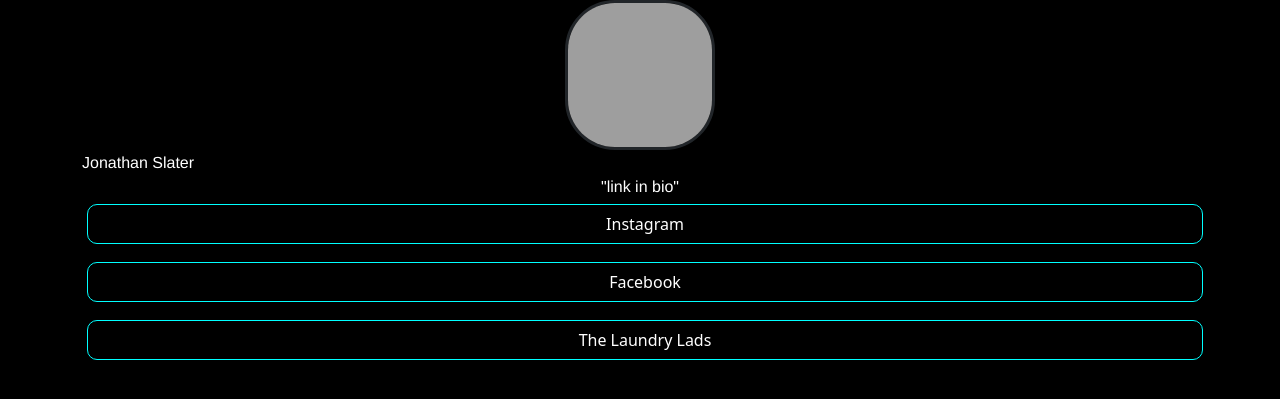
Repository: jontslater/LAB-link-in-bio
Page: index.html
The author's editor kept a copy of each file at every save. The page is drawn from the files as they stood at one save, then again after the next save.
The browser window is 1280 px wide. The pictures show the whole page.
Pictures or frames that could not be fetched are drawn as grey boxes.

Above is the page before, as saved 2023-10-15 14:51:35.

After the next save:
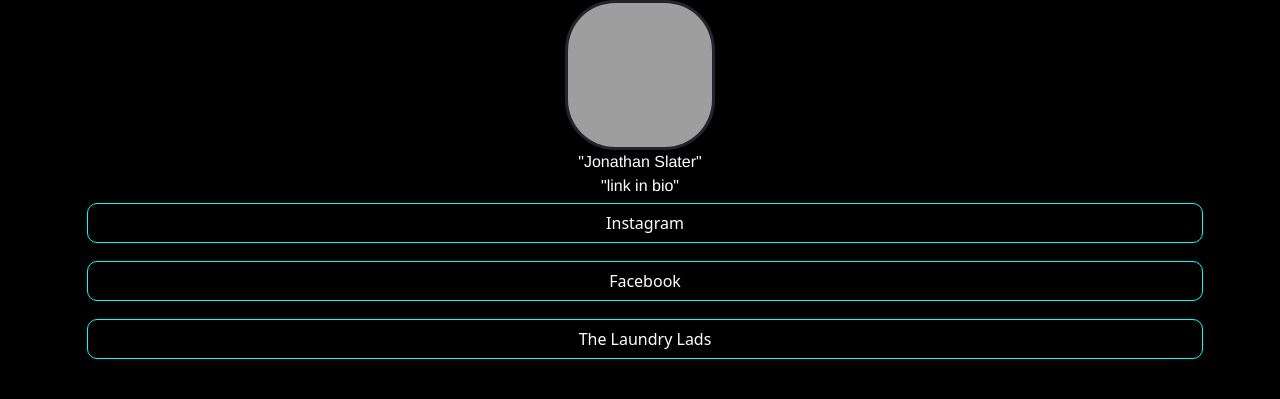
Saved 28 s later.
--- a/index.html
+++ b/index.html
@@ -20,7 +20,7 @@
   height="150";
   alt="alternatetext" class="photo">
 
-<div= class="Jon">Jonathan Slater</div=>
+<div class="Jon">"Jonathan Slater"</div>
 <div class="Jon">"link in bio"</div>
 
 <div class="d-grid gap-2">
